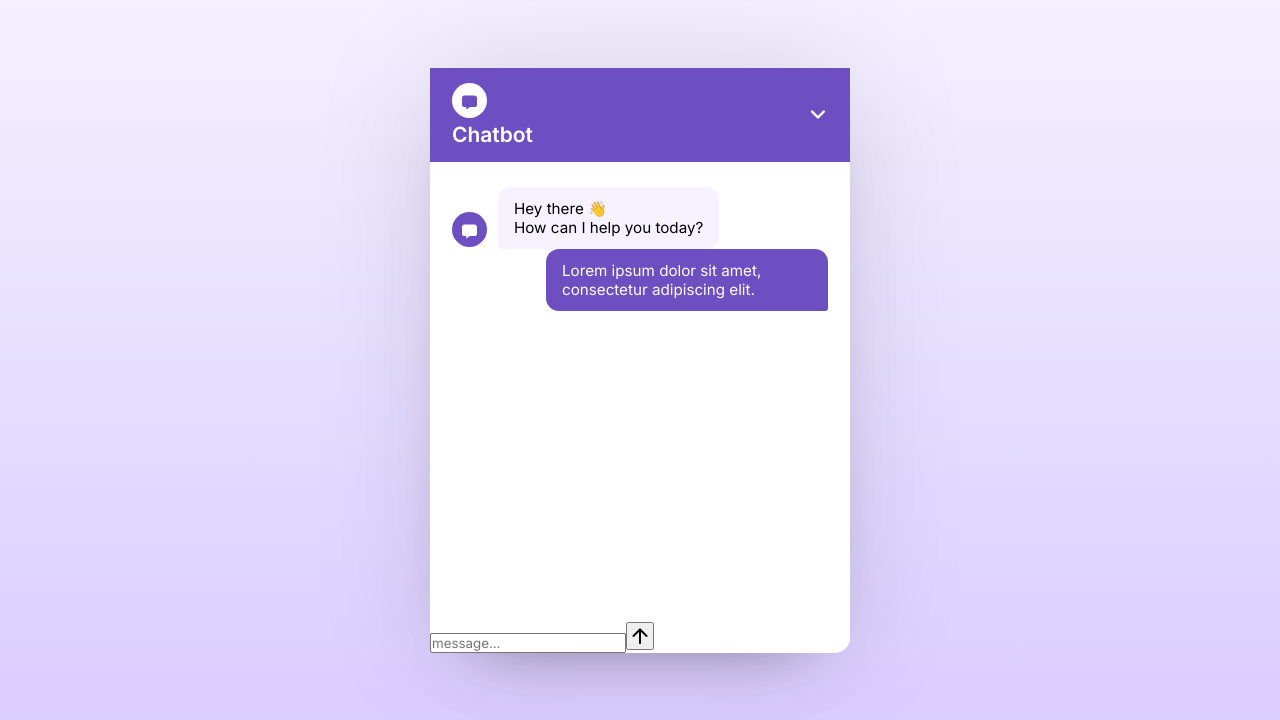
Repository: gogg23/chatbot
Page: / (app in chatbot/)
These files come from the project's save history. The page is drawn as it stood at one moment and after the next save; the edit follows.
The browser window is 1280 px wide. The pictures show the whole page.
The project was rebuilt for these pictures with package versions that can differ from the ones it lists, and the page was loaded fresh each time. Also part of the build but not shown: chatbot/vite.config.js.

Above is the page before, as saved 2025-01-17 12:43:58.

### chatbot/index.html
<!DOCTYPE html>
<html lang="en">
  <head>
    <meta charset="UTF-8" />
    <link rel="icon" type="image/svg+xml" href="/vite.svg" />
    <meta name="viewport" content="width=device-width, initial-scale=1.0" />
    <title>Chatbot in ReactJS</title>
    <!--Linking google Fonts for Icons-->
    <link
      href="https://fonts.googleapis.com/css2?family=Material+Symbols+Rounded"
      rel="stylesheet"
    />
  </head>
  <body>
    <div id="root"></div>
    <script type="module" src="/src/main.jsx"></script>
  </body>
</html>

### chatbot/src/index.css
/*Importing Google Fonts - Inter*/
@import url('https://fonts.googleapis.com/css2?family=Inter:ital,opsz,wght@0,14..32,100..900;1,14..32,100..900&display=swap');

* {
  margin: 0;
  padding: 0;
  box-sizing: border-box;
  font-family: 'Inter', sans-serif;
}

body {
  width: 100%;
  display: flex;
  align-items: center;
  justify-content: center;
  min-height: 100vh;
  background: linear-gradient(#f4f0ff, #dacdff);
}

.chatbot-popup {
  width: 420px;
  background: #fff;
  border-radius: 15px;
  box-shadow: 0 0 128px 0 rgba(0, 0, 0, 0.1),
    0 32px 64px -48px rgba(0, 0, 0, 0.5);
}

.chatbot-popup .chat-header {
  display: flex;
  padding: 15px 22px;
  align-items: center;
  justify-content: space-between;
  background: #6d4fc2;
}

.chatbot-header .header-info {
  display: flex;
  gap: 10px;
  align-items: center;
}

.header-info svg {
  height: 35px;
  width: 35px;
  padding: 6px;
  flex-shrink: 0;
  fill: #6d4fc2;
  background: #fff;
  border-radius: 50%;
}

.header-info .logo-text {
  color: #fff;
  font-size: 1.31rem;
  font-weight: 600;
}

.chat-header button {
  height: 40px;
  width: 40px;
  border: none;
  outline: none;
  color: #fff;
  cursor: pointer;
  font-size: 1.9rem;
  padding-top: 2px;
  border-radius: 50%;
  margin-right: -10px;
  background: none;
  transition: 0.2s ease;
}
.chat-header button:hover {
  background: #593bab;
}
.chat-body {
  padding: 25px 22px;
  height: 460px;
  overflow-y: auto;
}

.chat-body .message {
  display: flex;
  gap: 11px;
  align-items: center;
}

.chat-body .bot-message svg {
  height: 35px;
  width: 35px;
  padding: 6px;
  flex-shrink: 0;
  fill: #fff;
  align-self: flex-end;
  margin-bottom: 2px;
  background: #6d4fc2;
  border-radius: 50%;
}

.chat-body .message .message-text {
  padding: 12px 16px;
  max-width: 75%;
  background: #6d4fc2;
  word-wrap: break-word;
  white-space: pre-line;
  font-size: 0.95rem;
}

.chat-body .bot-message .message-text {
  background: #f6f2ff;
  border-radius: 13px 13px 13px 3px;
}

.chat-body .user-message {
  flex-direction: column;
  align-items: flex-end;
}

.chat-body .user-message .message-text {
  color: #fff;
  background: #6d4fc2;
  border-radius: 13px 13px 3px 13px;
}

### chatbot/src/App.jsx
import ChatbotIcon from './components/ChatbotIcon';

const App = () => {
  return (
    <div className='container'>
      <div className='chatbot-popup'>
        {/*Chatbot Header*/}
        <div className='chat-header'>
          <div className='header-info'>
            <ChatbotIcon />
            <h2 className='logo-text'>Chatbot</h2>
          </div>
          <button className='material-symbols-rounded'>
            keyboard_arrow_down
          </button>
        </div>
        {/*Chatbot Body*/}
        <div className='chat-body'>
          <div className='message bot-message'>
            <ChatbotIcon />
            <p className='message-text'>
              Hey there 👋
              <br />
              How can I help you today?
            </p>
          </div>
          <div className='message user-message'>
            <p className='message-text'>
              Lorem ipsum dolor sit amet, consectetur adipiscing elit.
            </p>
          </div>
        </div>
        {/*Chatbot Footer*/}
        <div className='chat-footer'>
          <form action='#' className='chat-form'></form>
          <input
            type='text'
            placeholder='message...'
            className='message-input'
            required
          />
          <button className='material-symbols-rounded'>arrow_upward</button>
        </div>
      </div>
    </div>
  );
};

export default App;

### chatbot/src/components/ChatbotIcon.jsx
const ChatbotIcon = () => {
  return (
    <svg
      xmlns='http://www.w3.org/2000/svg'
      width='50'
      height='50'
      viewBox='0 0 1024 1024'
    >
      <path
        d='M738.3 287.6H285.7c-59 0-106.8
      47.8-106.8 106.8v303.1c0 59 47.8 106.8 106.8 106.8h81.5v111.1c0
      .7.8 1.1 1.4.7l166.9-110.6 41.8-.8h117.4l43.6-.4c59
      0 106.8-47.8 106.8-106.8V394.5c0-59-47.8-106.9-106.8-106.9zM351
      .7 448.2c0-29.5 23.9-53.5 53.5-53.5s53.5 23.9 53.5 53.5-23.9
      53.5-53.5 53.5-53.5-23.9-53.5-53.5zm157.9 267.1c-67.8 0-123.8-47
      .5-132.3-109h264.6c-8.6 61.5-64.5 109-132.3 109zm110-213.7c-29.5
      0-53.5-23.9-53.5-53.5s23.9-53.5 53.5-53.5 53.5 23.9 53.5 53.5-23.9
      53.5-53.5 53.5zM867.2 644.5V453.1h26.5c19.4 0 35.1 15.7 35.1 35.1v121.1c0
      19.4-15.7 35.1-35.1 35.1h-26.5zM95.2 609.4V488.2c0-19.4 15.7-35.1
      35.1-35.1h26.5v191.3h-26.5c-19.4 0-35.1-15.7-35.1-35.1zM561.5 149.6c0 23.4-15.6
      43.3-36.9 49.7v44.9h-30v-44.9c-21.4-6.5-36.9-26.3-36.9-49.7 0-28.6 23.3-51.9 51.9-51.9s51.9
      23.3 51.9 51.9z'
      />
    </svg>
  );
};

export default ChatbotIcon;

Loaded but not shown: chatbot/src/main.jsx (common file)

After the next save:
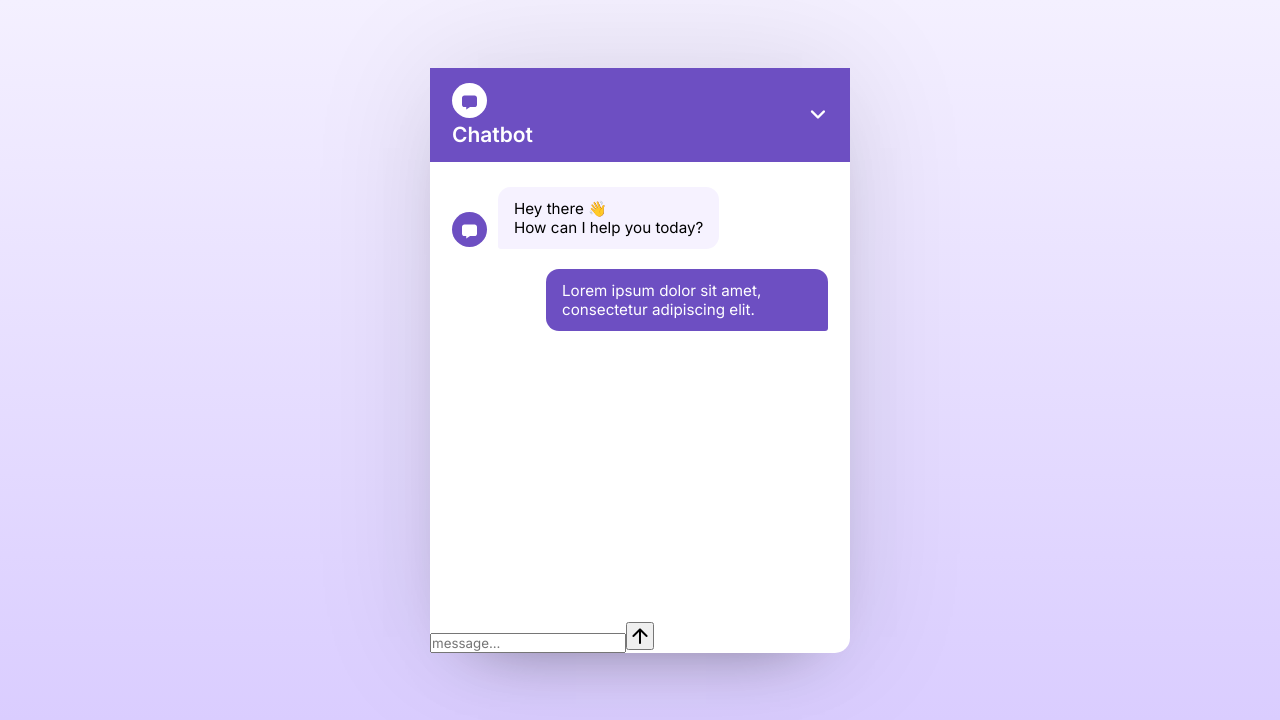
Saved 90 s later.
--- a/chatbot/src/index.css
+++ b/chatbot/src/index.css
@@ -73,6 +73,9 @@ body {
   background: #593bab;
 }
 .chat-body {
+  display: flex;
+  flex-direction: column;
+  gap: 20px;
   padding: 25px 22px;
   height: 460px;
   overflow-y: auto;
